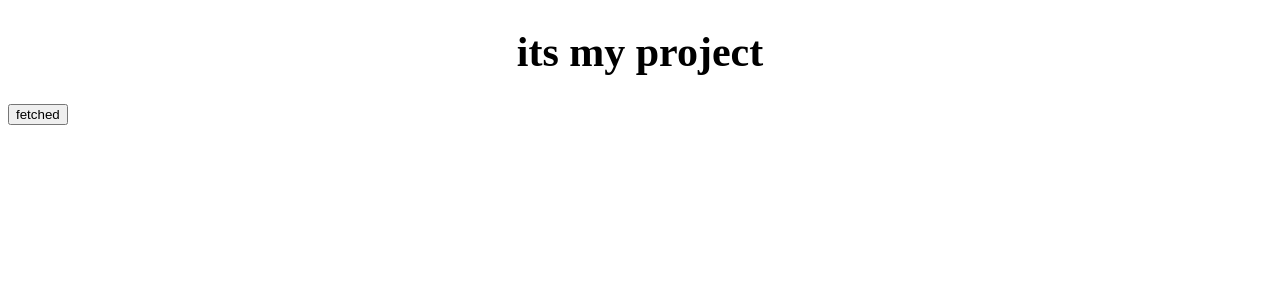
Repository: Hansol46/Films-archive
Page: /
These files come from the project's save history. The page is drawn as it stood at one moment and after the next save; the edit follows.
The browser window is 1280 px wide. The pictures show the whole page.
The project was rebuilt for these pictures with package versions that can differ from the ones it lists, and the page was loaded fresh each time. Also part of the build but not shown: webpack.config.js.

Above is the page before, as saved 2020-09-24 18:55:28.

After the next save:
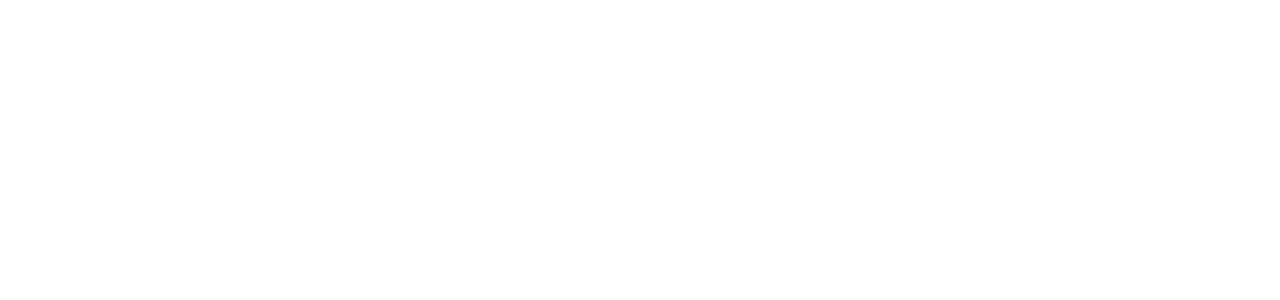
Console error: ReferenceError: responseData is not defined
Saved 108 s later.
--- a/src/components/Search.js
+++ b/src/components/Search.js
@@ -15,7 +15,11 @@
 
     return (
         <>
-        <button onClick={()=> getMovies()}> fetched </button>
+        {/* <button onClick={()=> getMovies()}> fetched </button>
+         */}
+         {responseData.map(data => {
+             <div> {data}</div>
+         })}
         </>
     )
 }

After the save that followed:
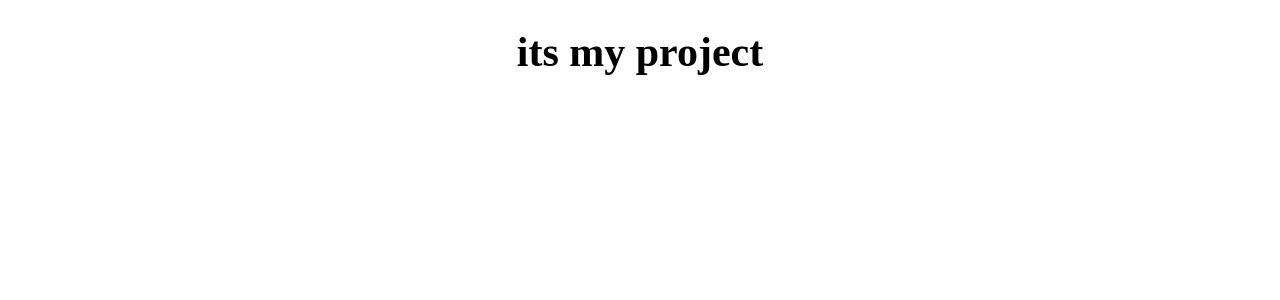
The error is gone.
Saved 13 s later.
--- a/src/components/Search.js
+++ b/src/components/Search.js
@@ -15,11 +15,10 @@
 
     return (
         <>
-        {/* <button onClick={()=> getMovies()}> fetched </button>
-         */}
-         {responseData.map(data => {
+
+         {/* {responseData.map(data => {
              <div> {data}</div>
-         })}
+         })} */}
         </>
     )
 }
